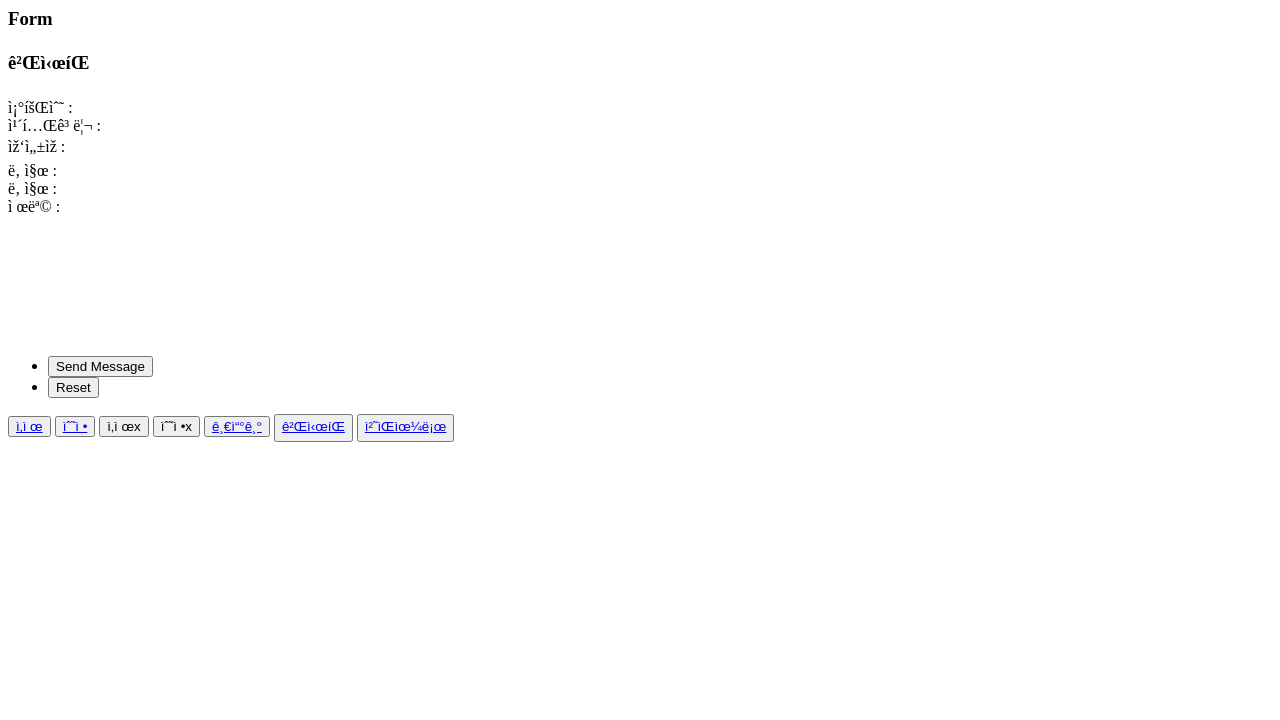
Repository: worMholEamkim/SpringEX
Page: http://localhost/bbs/bbsview.do
These files come from the project's save history. The page is drawn as it stood at one moment and after the next save; the edit follows.
The browser window is 1280 px wide. The pictures show the whole page.
The page is served by Tomcat 9. Other server files are loaded and not shown. Queries for data that is not in the repository find no rows.

Above is the page before, as saved 2019-03-18 00:45:27.

### JSP_WepPage_Server-master.zip_expanded/JSP_WepPage_Server-master/bbs/WebContent/WEB-INF/bbsview.jsp
<%-- <%@ page language="java" contentType="text/html; charset=UTF-8"
	pageEncoding="UTF-8"%>
<%@ taglib prefix="c" uri="http://java.sun.com/jsp/jstl/core"%>

<!DOCTYPE html>
<html lang="en">
<head>
<title>게시판 볼거야 야무지게</title>
<meta charset="utf-8">
		<meta charset="utf-8" />
		<meta name="viewport" content="width=device-width, initial-scale=1, user-scalable=no" />
		<link rel="stylesheet" href="assets/css/main.css" />
</head>
<body class="is-preload">
	<%
		String sessionID = null;
		if (session.getAttribute("sessionID") != null) {
			sessionID = (String) session.getAttribute("sessionID");
		}
	%>
	<div class="table-wrapper">

		<div class="w3-panel">
				<thead>
						<h3 class="button primary fit">게시판</h3>
						<td width=25%>조회수: ${bbsview.bbsHit}</td>
						<td width=25%>카테고리	: ${bbsview.bbsCategory}</td>
						<td width=25%>작성자: ${bbsview.id}</td>
						<td width=25%>날짜: ${bbsview.bbsDate}</td>
					</tr>
				</thead>
				<tbody>
					<tr>
						<td colspan="4">
							<button class="w3-button w3-block w3-button w3-black">제목
								: ${bbsview.bbsTitle}</button>
						</td>
					</tr>

					<tr>
						<td colspan="4">
							<div class="w3-panel">
								<p style="background-color: black; color: white; font-size: 20px; line-height:2; padding: 50px 50px;">
									${bbsview.bbsContent}</p>
							</div>
						</td>
					</tr>
					<tr>
					</tr>
					<tr>
						<td colspan="4">
							<div class="w3-panel">
								<c:forEach var="item" items="${files}" >
									<a href="bbsFile.do?id=${item.fileId}" target="_blank">${item.orgn_File_Nm}
									</a>
								</c:forEach>
							</div>
						</td>
					</tr>

					<tr>
						<td></td>
						<c:choose>
							<c:when test="${bbsview.id ==sessionID}">
								<td>
									<button class="w3-button w3-block w3-button w3-red">

										<a href="bbsdelete.do?id=${bbsview.bbsId}">삭제</a>

									</button>
								</td>
								<td>
									<button class="w3-button w3-block w3-button w3-black">

										<a href="bbsupdate.do?id=${bbsview.bbsId}">수정</a>

									</button>
								</td>
							</c:when>
							<c:otherwise>
								<td>
									<button class="w3-button w3-block w3-button w3-red">
										삭제x</button>
								</td>
								<td>
									<button class="w3-button w3-block w3-button w3-black">
										수정x</button>
								</td>
							</c:otherwise>
						</c:choose>
						<td>
							<button class="w3-button w3-block w3-button w3-indigo">
								<a href='bbsupload2.do'>글쓰기</a>
							</button>
						</td>
					</tr>
				</tbody>
				<tfoot>
					<tr>
						<td>
						</td>

						<td colspan="2">
							<button class="w3-button w3-block w3-button w3-indigo">
								<a href='bbs.do'>게시판</a>
							</button>
						</td>

						<td>
						</td>
					</tr>

					<tr>
						<td colspan="4">
							<button class="w3-button w3-block w3-button w3-black">
								<a href='home.do'>처음으로</a>
							</button>
						</td>
					</tr>
					<tr>
						<td colspan="2"></td>
						<td colspan="2" align="right">
<!-- 							<div style="display: inline-block; width: 100%;"> -->
<!-- 								<form> -->
<!-- 									<input type="text" name="commentContent" -->
<!-- 										style="width: 90%; padding: 12px 20px; margin: 8px 0; box-sizing: border-box; border: 2px solid glay; outline: none;"> -->

<!-- 									<button type="submit" -->
<!-- 										class="w3-button w3-block w3-button w3-red" -->
<!-- 										style="width: 40%;"> -->
										<a href='bbscomment.do?id=${bbsview.bbsId}'>댓글달기</a>
<!-- 									</button> -->
<!-- 								</form> -->
<!-- 							</div> -->
						</td>
					</tr>
				</tfoot>
			</table>
		</div>
	</div>
</body>
</html> --%>


<!-- Form -->
							<section>
								<h3>Form</h3>
								<form method="post" action="#">
									<div class="row gtr-uniform gtr-50"> <h3 class="button primary fit">게시판</h3>

										<div class="col-6">
											조회수 : ${bbsview.bbsHit}
										</div>
										<div class="col-6">
											카테고리 : ${bbsview.bbsCategory}
										</div>
										<div class="col-6">
											작성자 : ${bbsview.id}
										</div>
										<div class="col-6">
											날짜 : ${bbsview.bbsDate}
										</div>
										<div class="col-6">
											날짜 : ${bbsview.bbsDate}
										</div>
										<div class="col-12">
											제목 : ${bbsview.bbsTitle}
										</div>
										<div class="col-12">
											<p style=" font-size: 20px; line-height:2; padding: 50px 50px;">
										${bbsview.bbsContent}</p>
										</div>

										<div class="col-6">
											<c:forEach var="item" items="${files}" >
												<a href="bbsFile.do?id=${item.fileId}" target="_blank">${item.orgn_File_Nm}
												</a>
											</c:forEach>
										</div>
										<div class="col-12">
											<ul class="actions">
												<li><input type="submit" value="Send Message" class="primary" /></li>
												<li><input type="reset" value="Reset" /></li>
											</ul>
										</div>
									</div>

									<div>
										<c:choose>
											<c:when test="${bbsview.id ==sessionID}">
												<td>
											<button class="button primary">

												<a href="bbsdelete.do?id=${bbsview.bbsId}">삭제</a>

											</button>
											</td>
											<td>
									<button class="button primary">

										<a href="bbsupdate.do?id=${bbsview.bbsId}">수정</a>

									</button>
								</td>
							</c:when>
							<c:otherwise>
								<td>
									<button class="button primary">
										삭제x</button>
								</td>
								<td>
									<button class="button primary">
										수정x</button>
								</td>
							</c:otherwise>
						</c:choose>

								</form>
	<td>
							<button class="button primary">
								<a href='bbsupload2.do'>글쓰기</a>
							</button>
						</td>
					</tr>
				</tbody>
				<tfoot>
					<tr>
						<td>
						</td>

						<td colspan="2">
							<button class="button primary">
								<a href='bbs.do'>게시판</a>
							</button>
						</td>

						<td>
						</td>
					</tr>

					<tr>
						<td colspan="4">
							<button class="button primary">
								<a href='home.do'>처음으로</a>
							</button>
						</td>
					</tr>
							</section>

### JSP_WepPage_Server-master.zip_expanded/JSP_WepPage_Server-master/bbs/src/com/jsp/controller/BbsViewController.java
package com.jsp.controller;

import java.io.IOException;
import java.util.List;

import javax.servlet.RequestDispatcher;
import javax.servlet.ServletException;
import javax.servlet.http.HttpServlet;
import javax.servlet.http.HttpServletRequest;
import javax.servlet.http.HttpServletResponse;

import com.jsp.dao.BbsDao;
import com.jsp.dao.BbsFileDao;
import com.jsp.dto.BbsDto;
import com.jsp.dto.BbsFileDto;

public class BbsViewController extends HttpServlet {

	@Override
	protected void doGet(HttpServletRequest req, HttpServletResponse resp) throws ServletException, IOException {
		process(req, resp);
	}

	@Override
	protected void doPost(HttpServletRequest req, HttpServletResponse resp) throws ServletException, IOException {
		process(req, resp);
	}

	private void process(HttpServletRequest req, HttpServletResponse resp) throws ServletException, IOException {

		// bbsview에서 id에 넘긴 글번호 수가 넘어옴
		String bbsId = req.getParameter("id");
		BbsDao bbsDao = BbsDao.getInstance();
		BbsDto bbsDto = new BbsDto();
		int result = bbsDao.hitUpdate(bbsId);
		bbsDto = bbsDao.selectById(bbsId);
		// bbsId 확인
		//System.out.println("컨트롤러에서 id =" + bbsId);
		// bbsDto 확인
		//System.out.println("컨트롤러에서 " + bbsDto.toString());
		req.setAttribute("bbsview", bbsDto);


		BbsFileDao bbsfDao = BbsFileDao.getInstance();
		List<BbsFileDto> files = bbsfDao.selectByBbsId(bbsId);
		//
		System.out.println("컨트롤러에서 files " + files);
		req.setAttribute("files", files);
		RequestDispatcher rd = req.getRequestDispatcher("/WEB-INF/bbsview.jsp");
		rd.forward(req, resp);
	}
}

### JSP_WepPage_Server-master.zip_expanded/JSP_WepPage_Server-master/bbs/src/com/jsp/dao/BbsDao.java
package com.jsp.dao;

import java.sql.Connection;
import java.sql.DriverManager;
import java.sql.PreparedStatement;
import java.sql.ResultSet;
import java.sql.SQLException;
import java.util.ArrayList;
import java.util.List;

import com.jsp.dto.BbsDto;

public class BbsDao {

	private static BbsDao bbsDao;
	private Connection conn;
	private PreparedStatement pstmt;
	private int result;
	private ResultSet rs;
	private List<BbsDto> bbsList;


	private BbsDao() {
	}



	public static synchronized BbsDao getInstance() {
		if(bbsDao == null) {
			bbsDao = new BbsDao();
	}
		return bbsDao;
	}
	public Connection getConnect() {
		String url = "jdbc:oracle:thin:@localhost:1521:xe";
		String id = "BIG";
		String pw ="1234";
		try {
			Class.forName("core.log.jdbc.driver.OracleDriver");
			conn = DriverManager.getConnection(url, id, pw);

		} catch(ClassNotFoundException e) {
			e.printStackTrace();
		} catch(SQLException e) {
			e.printStackTrace();
		}
		return conn;
	}

	public BbsDto selectById(String id) {

		// id 확인
		//System.out.println("dao에서 id = " + id);
		BbsDto bbsDto = new BbsDto();
		//System.out.println("왜");
		conn = this.getConnect();
		//System.out.println("에러가난거야 쉬뱌ㅠㅠ");

		StringBuffer query = new StringBuffer();
		query.append("SELECT *");
		query.append(" FROM BBS");
		query.append(" WHERE BBSID=? ");

		try {
			//System.out.println("양심적으로 try문은 들어가야지?");
			pstmt = conn.prepareStatement(query.toString());
			pstmt.setString(1, id);

			//System.out.println("설마 여긴가?");
			rs = pstmt.executeQuery();
			// rs 확인
			//System.out.println("dao에서 " + rs);
			while (rs.next()) {

				bbsDto.setId(rs.getString("ID"));
				bbsDto.setBbsId(rs.getString("BBSID"));
				bbsDto.setBbsTitle(rs.getString("BBSTITLE"));
				bbsDto.setBbsDate(rs.getString("BBSDATE"));
				bbsDto.setBbsCategory(rs.getString("BBSCATEGORY"));
				bbsDto.setBbsContent(rs.getString("BBSCONTENT"));
				bbsDto.setBbsHit(rs.getString("BBSHIT"));
				//System.out.println(bbsDto.toString());
			}
		} catch (SQLException e) {

		} finally {
			this.close(conn, pstmt, null);
		}
		return bbsDto;
	}


	public BbsDto selectBeforeById(String id) {

		BbsDto bbsDto = new BbsDto();
		conn = this.getConnect();
		StringBuffer query = new StringBuffer();

		query.append("SELECT * FROM BBS WHERE BBSID IN ");
		query.append(" ((SELECT MAX(BBSID) FROM BBS ");
		query.append(" WHERE BBSID < ? ))");
		try {
			pstmt = conn.prepareStatement(query.toString());
			pstmt.setString(1, id);
			rs = pstmt.executeQuery();

			while(rs.next()) {
				bbsDto.setId(rs.getString("ID"));
				bbsDto.setBbsId(rs.getString("BBSID"));
				bbsDto.setBbsTitle(rs.getString("BBSTITLE"));
				bbsDto.setBbsDate(rs.getString("BBSDATE"));
				bbsDto.setBbsCategory(rs.getString("BBSCATEGORY"));
				bbsDto.setBbsContent(rs.getString("BBSCONTENT"));
				bbsDto.setBbsHit(rs.getString("BBSHIT"));
			}
		} catch (SQLException e) {

		} finally {
			this.close(conn, pstmt, null);
		}
		return bbsDto;
	}


	public BbsDto selectAfterById(String id) {

		BbsDto	bbsDto = new BbsDto();
		conn = this.getConnect();
		StringBuffer query = new StringBuffer();

		query.append("SELECT * FROM BBS WHERE BBSID IN ");
		query.append(" ((SELECT MIN(BBSID) FROM BBS ");
		query.append(" WHERE BBSID > ? )) ");
		try {
			pstmt = conn.prepareStatement(query.toString());
			pstmt.setString(1, id);
			rs = pstmt.executeQuery();

			while(rs.next()) {
				bbsDto.setId(rs.getString("ID"));
				bbsDto.setBbsId(rs.getString("BBSID"));
				bbsDto.setBbsTitle(rs.getString("BBSTITLE"));
				bbsDto.setBbsDate(rs.getString("BBSDATE"));
				bbsDto.setBbsCategory(rs.getString("BBSCATEGORY"));
				bbsDto.setBbsContent(rs.getString("BBSCONTENT"));
				bbsDto.setBbsHit(rs.getString("BBSHIT"));
			}
		} catch (SQLException e) {

		} finally {
			this.close(conn, pstmt, null);
		}
		return bbsDto;
	}


	public int hitUpdate(String id) {

		conn = this.getConnect();
		StringBuffer query = new StringBuffer();
		query.append("UPDATE BBS SET BBSHIT = BBSHIT +1 WHERE BBSID=?");
			try {
				pstmt = conn.prepareStatement(query.toString());
				pstmt.setString(1, id);
				result = pstmt.executeUpdate();
			} catch(SQLException e1) {
	}
			finally {
				this.close(conn, pstmt, null);
			}
			return result;
	}

	public int hitUpdate(Connection conn, String id) {

			conn = this.getConnect();
			StringBuffer query = new StringBuffer();
			query.append("UPDATE BBS SET BBSHIT = BBSHIT +1 WHERE BBSID=?");
				try {
					pstmt = conn.prepareStatement(query.toString());
					pstmt.setString(1, id);
					result = pstmt.executeUpdate();
				} catch(SQLException e1) {
		}
				finally {
					this.close(conn, pstmt, null);
				}
				return result;
		}



	public int update(BbsDto bbsDto) {

		conn = this.getConnect();
		StringBuffer query = new StringBuffer();
		query.append("UPDATE BBS SET ");
		query.append(" BBTITLE=?, BBSCATEGORY=?, BBSCONTENT=?");
		query.append(" WHERE BBSID=?");
			try {
				pstmt = conn.prepareStatement(query.toString());
				pstmt.setString(1, bbsDto.getBbsTitle());
				pstmt.setString(2, bbsDto.getBbsCategory());
				pstmt.setString(3, bbsDto.getBbsContent());
				pstmt.setString(4, bbsDto.getBbsId());

				result = pstmt.executeUpdate();
			} catch (SQLException e1) {

			} finally {
				this.close(conn, pstmt, null);
			}
			return result;
	}


	public int insert(BbsDto bbsDto) {

		conn = this.getConnect();
		StringBuffer query = new StringBuffer();
		query.append("INSERT INTO BBS(BBSID, ID, BBSTITLE, BBSDATE, BBSCATEGORY, BBSCONTENT, BBSHIT)");
		query.append(" VALUES (bbs_seq.nextval ,? ,? ,sysdate,? ,? ,0 )");

		try {
			pstmt = conn.prepareStatement(query.toString());
			pstmt.setString(1, bbsDto.getId());
			pstmt.setString(2, bbsDto.getBbsTitle());
			pstmt.setString(3, bbsDto.getBbsCategory());
			pstmt.setString(4, bbsDto.getBbsContent());

			result = pstmt.executeUpdate();

		} catch (SQLException e) {
			e.printStackTrace();
		} finally {
			this.close(conn, pstmt, null);
		}
		return result;
	}


	public int insertOracle(BbsDto bbsDto) {

		conn = this.getConnect();
		StringBuffer query = new StringBuffer();
		query.append("INSERT INTO BBS(BBSID, ID, BBSTITLE, BBSDATE, BBSCATEGORY, BBSCONTENT, BBSHIT)");
		query.append(" VALUES(BBS_SEQ.BEXTVAL, ? ,? ,NOW(), ?, ?, 0 )");

		try {
			pstmt = conn.prepareStatement(query.toString());
			pstmt.setString(1,  bbsDto.getId());
			pstmt.setString(2,  bbsDto.getBbsTitle());
			pstmt.setString(3,  bbsDto.getBbsCategory());
			pstmt.setString(4,  bbsDto.getBbsContent());

			result = pstmt.executeUpdate();
		} catch (SQLException e) {
			e.printStackTrace();
		} finally {
			this.close(conn, pstmt, null);
		}
		return result;
	}


	public List<BbsDto> selectAll(int startNum, int perpage) {
		bbsList = new ArrayList<>();
		conn = this.getConnect();
		StringBuffer query = new StringBuffer();
		query.append("SELECT T2.*");
		query.append("	FROM (SELECT ROWNUM R2, T.*");
		query.append("	FROM (SELECT BBSID, ID, substr(BBSTITLE, 1, 10) BBSTITLE, BBSDATE,");
		query.append("BBSCATEGORY, substr(BBSCONTENT, 1, 15) BBSCONTENT, BBSHIT ");
		query.append(" FROM BBS ORDER BY BBSID DESC ) T) T2 ");
		query.append("WHERE T2.R2 BETWEEN ? AND ?");

		try {
			pstmt = conn.prepareStatement(query.toString());
			pstmt.setInt(1, startNum - 1);
			pstmt.setInt(2, perpage);


			rs = pstmt.executeQuery();
			while (rs.next()) {
				BbsDto bbsDto = new BbsDto();

				bbsDto.setId(rs.getString("ID"));
				bbsDto.setBbsId(rs.getString("BBSID"));
				bbsDto.setBbsTitle(rs.getString("BBSTITLE"));
				bbsDto.setBbsDate(rs.getString("BBSDATE"));
				bbsDto.setBbsCategory(rs.getString("BBSCATEGORY"));
				bbsDto.setBbsContent(rs.getString("BBSCONTENT"));
				bbsDto.setBbsHit(rs.getString("BBSHIT"));

				bbsList.add(bbsDto);
			}
			} catch(SQLException e) {
				e.printStackTrace();
		}	return bbsList;
}


	public int delete(int id) {

		conn = this.getConnect();
		StringBuffer query = new StringBuffer();

		try {

			query.append("DELETE FROM BBS");
			query.append(" WHERE BBSID = ?");
			pstmt = conn.prepareStatement(query.toString());
			pstmt.setInt(1,  id);
			int result = pstmt.executeUpdate();

			return result;
		} catch (SQLException e) {
			e.printStackTrace();
		} finally {
			this.close(conn, pstmt, null);
		}
		return -1;
	}



	public int getTotalCount() {

		conn = this.getConnect();
		StringBuffer query = new StringBuffer();
		query.append("SELECT count(*)");
		query.append(" FROM BBS");

		try {
			pstmt = conn.prepareStatement(query.toString());
			rs = pstmt.executeQuery();

			if(rs.next()) {
				return rs.getInt("count(*)");
			}
		} catch (SQLException e) {
			e.printStackTrace();
		} finally {
			this.close(conn, pstmt, rs);
		}
		return -1;
	}


	public void close(Connection conn, PreparedStatement stmt, ResultSet rs) {
		if (rs != null) {
			try {
				rs.close();
			} catch (SQLException e) {
			}
		}
		if (stmt != null) {
			try {
				stmt.close();
			} catch (SQLException e) {
			}
		}
		if (conn != null) {
			try {
				conn.close();
			} catch (SQLException e) {
			}
		}
	}

	public static void main(String[] args) {
		BbsDao mDao = BbsDao.getInstance();
	}


}

### JSP_WepPage_Server-master.zip_expanded/JSP_WepPage_Server-master/bbs/src/com/jsp/dto/BbsDto.java
package com.jsp.dto;

public class BbsDto {

	private String id;
	private String bbsId;
	private String bbsTitle;
	private String bbsDate;
	private String bbsCategory;
	private String bbsContent;
	private String bbsHit;

	public String getId() {
		return id;
	}
	public void setId(String id) {
		this.id = id;
	}
	public String getBbsId() {
		return bbsId;
	}
	public void setBbsId(String bbsId) {
		this.bbsId = bbsId;
	}
	public String getBbsTitle() {
		return bbsTitle;
	}
	public void setBbsTitle(String bbsTitle) {
		this.bbsTitle = bbsTitle;
	}
	public String getBbsDate() {
		return bbsDate;
	}
	public void setBbsDate(String bbsDate) {
		this.bbsDate = bbsDate;
	}
	public String getBbsCategory() {
		return bbsCategory;
	}
	public void setBbsCategory(String bbsCategory) {
		this.bbsCategory = bbsCategory;
	}
	public String getBbsContent() {
		return bbsContent;
	}
	public void setBbsContent(String bbsContent) {
		this.bbsContent = bbsContent;
	}
	public String getBbsHit() {
		return bbsHit;
	}
	public void setBbsHit(String bbsHit) {
		this.bbsHit = bbsHit;
	}
	@Override
	public String toString() {
		return "BbsDto [id=" + id + ", bbsId=" + bbsId + ", bbsTitle=" + bbsTitle + ", bbsDate=" + bbsDate
				+ ", bbsCategory=" + bbsCategory + ", bbsContent=" + bbsContent + ", bbsHit=" + bbsHit + "]";
	}

}

### JSP_WepPage_Server-master.zip_expanded/JSP_WepPage_Server-master/bbs/src/com/jsp/dao/BbsFileDao.java
package com.jsp.dao;

import java.sql.Connection;
import java.sql.DriverManager;
import java.sql.PreparedStatement;
import java.sql.ResultSet;
import java.sql.SQLException;
import java.util.ArrayList;
import java.util.List;
import java.util.Map;

import com.jsp.dto.BbsFileDto;

public class BbsFileDao {

	private static BbsFileDao bbsfDao;
	private Connection conn;
	private PreparedStatement pstmt;
	private int result;
	private ResultSet rs;
	//Map<String, Object> map;
	private List<BbsFileDto> bbsfList;
	private ArrayList fileIdList;


	private BbsFileDao() {

	}

	public static synchronized BbsFileDao getInstance() {
		if(bbsfDao == null) {
			bbsfDao = new BbsFileDao();
		}
		return bbsfDao;
	}

	public Connection getConnect() {
		String url = "jdbc:oracle:thin:@localhost:1521:xe";
		String id = "BIG";
		String pw = "1234";
		try {
			Class.forName("core.log.jdbc.driver.OracleDriver");
			conn = DriverManager.getConnection(url, id, pw);
		} catch(ClassNotFoundException e) {
			e.printStackTrace();
		} catch(SQLException e) {
			e.printStackTrace();
		}
		return conn;
	}



	public List<BbsFileDto> selectByBbsId(String bbsid) {
		System.out.println("야 갓재?");
		conn = this.getConnect();

		StringBuffer query = new StringBuffer();
		query.append("SELECT *");
		query.append(" FROM BBS_FILE");
		query.append(" WHERE BBSID=?");
		System.out.println("쿼리확인");
		try {
			pstmt = conn.prepareStatement(query.toString());
			pstmt.setString(1, bbsid);
			rs = pstmt.executeQuery();
			bbsfList = new ArrayList<>();

			while (rs.next()) {
				BbsFileDto bbsfDto = new BbsFileDto();
				bbsfDto.setFileId(rs.getString("FILEID"));
				bbsfDto.setOrgn_File_Nm(rs.getString("ORGN_FILE_NM"));
				// bbsfDto 확인
				System.out.println("filedao에서 bbsfdto" + bbsfDto);
				bbsfList.add(bbsfDto);

			}

		} catch (SQLException e) {

		} finally {
			this.close(conn, pstmt, null);
		}
		return bbsfList;
	}

	public String selectById(String fileId) {

		String bbsFile="";
		conn = this.getConnect();
		StringBuffer query = new StringBuffer();
		query.append("SELECT SAVE_FILE_NM");
		query.append("	FROM BBS_FILE");
		query.append("	WHERE FILEID=?");
		try {
			pstmt = conn.prepareStatement(query.toString());
			pstmt.setString(1,  fileId);
			rs = pstmt.executeQuery();

			if(rs.next()) {
				bbsFile = rs.getString("SAVE_FILE_NM");
			}
		} catch (SQLException e) {

		} finally {
			this.close(conn, pstmt, null);
		}
		return bbsFile;
	}

	public int delete(int id) {

			conn = this.getConnect();
			StringBuffer query = new StringBuffer();

			try {

				query.append("DELETE FROM BBS_FILE");
				query.append("	WHERE BBSID = ?");
				pstmt = conn.prepareStatement(query.toString());
				pstmt.setInt(1, id);
				int result = pstmt.executeUpdate();
				return result;
			} catch (SQLException e) {
				e.printStackTrace();
			} finally {
				this.close(conn, pstmt, null);
			}
			return -1;
		}

	public void close(Connection conn, PreparedStatement stmt, ResultSet rs) {
		if (rs != null) {
			try {
				rs.close();
			} catch (SQLException e) {
			}
		}
		if (stmt != null) {
			try {
				stmt.close();
			} catch (SQLException e) {
			}
		}
		if (conn != null) {
			try {
				conn.close();
			} catch (SQLException e) {
			}
		}
	}



}

Loaded but not shown: JSP_WepPage_Server-master.zip_expanded/JSP_WepPage_Server-master/bbs/WebContent/assets/css/font-awesome.min.css (library); JSP_WepPage_Server-master.zip_expanded/JSP_WepPage_Server-master/bbs/WebContent/assets/css/main.css (4070 lines, source omitted)

After the next save:
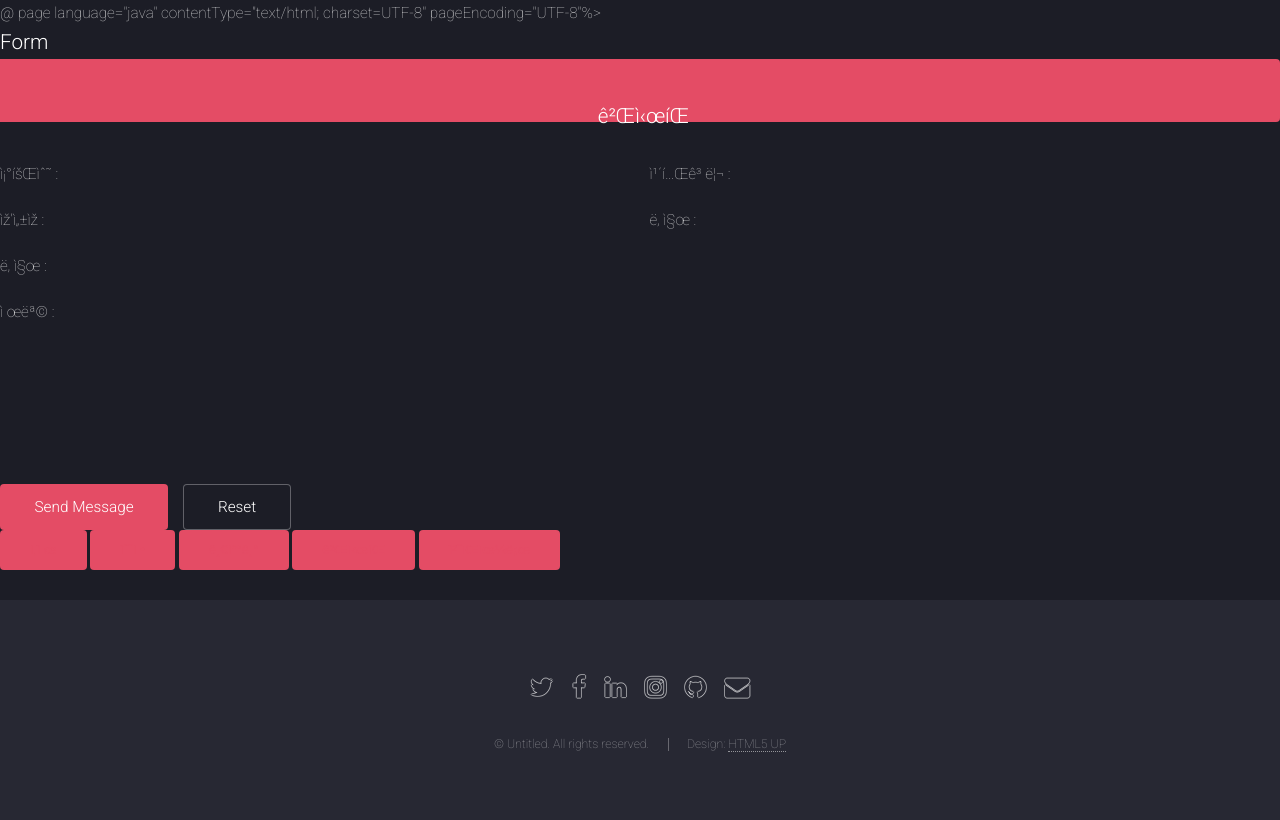
Saved 2 min 13 s later.
--- a/JSP_WepPage_Server-master.zip_expanded/JSP_WepPage_Server-master/bbs/WebContent/WEB-INF/bbsview.jsp
+++ b/JSP_WepPage_Server-master.zip_expanded/JSP_WepPage_Server-master/bbs/WebContent/WEB-INF/bbsview.jsp
@@ -140,7 +140,27 @@
 	</div>
 </body>
 </html> --%>
-
+@ page language="java" contentType="text/html; charset=UTF-8"
+	pageEncoding="UTF-8"%>
+<%@ taglib prefix="c" uri="http://java.sun.com/jsp/jstl/core"%>
+
+<!DOCTYPE html>
+<html lang="en">
+<head>
+<title>게시판 볼거야 야무지게</title>
+<meta charset="utf-8">
+		<meta charset="utf-8" />
+		<meta name="viewport" content="width=device-width, initial-scale=1, user-scalable=no" />
+		<link rel="stylesheet" href="assets/css/main.css" />
+</head>
+<body class="is-preload">
+	<%
+		String sessionID = null;
+		if (session.getAttribute("sessionID") != null) {
+			sessionID = (String) session.getAttribute("sessionID");
+		}
+	%>
+	<div class="table-wrapper">
 
 <!-- Form -->
 							<section>
@@ -246,3 +266,18 @@
 						</td>
 					</tr>
 							</section>
+							<footer id="footer">
+					<ul class="icons">
+						<li><a href="#" class="icon alt fa-twitter"><span class="label">Twitter</span></a></li>
+						<li><a href="#" class="icon alt fa-facebook"><span class="label">Facebook</span></a></li>
+						<li><a href="#" class="icon alt fa-linkedin"><span class="label">LinkedIn</span></a></li>
+						<li><a href="#" class="icon alt fa-instagram"><span class="label">Instagram</span></a></li>
+						<li><a href="#" class="icon alt fa-github"><span class="label">GitHub</span></a></li>
+						<li><a href="#" class="icon alt fa-envelope"><span class="label">Email</span></a></li>
+					</ul>
+					<ul class="copyright">
+						<li>&copy; Untitled. All rights reserved.</li><li>Design: <a href="http://html5up.net">HTML5 UP</a></li>
+					</ul>
+				</footer>
+
+		</div>
